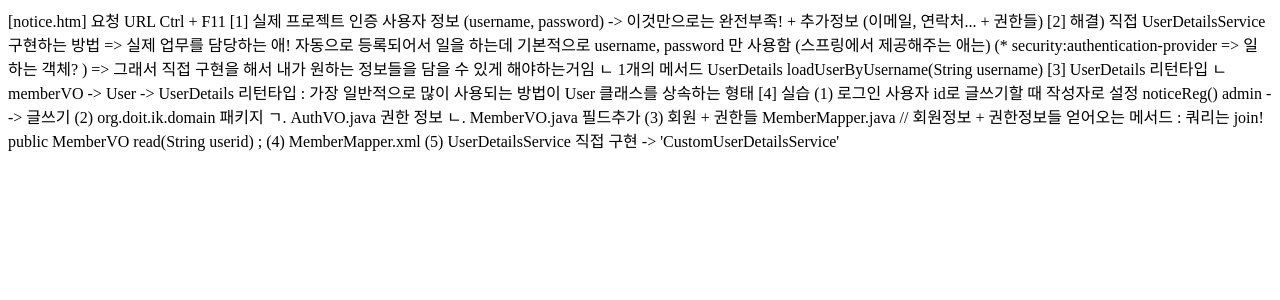
Repository: Vida0822/-
Page: SL11_SECURITY3_USERDETAILSSERVICE/src/main/webapp/customer/notice.htm
An editor plug-in stored every save of this project. The page is shown before and after the next save, followed by the edit.
The browser window is 1280 px wide. The pictures show the whole page.

Above is the page before, as saved 2023-07-05 02:50:40.

### SL11_SECURITY3_USERDETAILSSERVICE/src/main/webapp/customer/notice.htm
[notice.htm] 요청 URL
Ctrl + F11

[1] 실제 프로젝트
	인증 사용자 정보 (username, password) -> 이것만으로는 완전부족!
	+ 추가정보 (이메일, 연락처... + 권한들)

[2] 해결) 직접 UserDetailsService 구현하는 방법
=> 실제 업무를 담당하는 애! 자동으로 등록되어서 일을 하는데 기본적으로 username, password 만 사용함 (스프링에서 제공해주는 애는)
	(* security:authentication-provider  => 일하는 객체? )
=> 그래서 직접 구현을 해서 내가 원하는 정보들을 담을 수 있게 해야하는거임

	ㄴ 1개의 메서드
		UserDetails loadUserByUsername(String username)

[3] UserDetails 리턴타입
	ㄴ  memberVO -> User -> UserDetails 리턴타입
	: 가장 일반적으로 많이 사용되는 방법이 User 클래스를 상속하는 형태

[4] 실습
	(1)  로그인 사용자 id로 글쓰기할 때 작성자로 설정
	noticeReg()		admin --> 글쓰기

	(2) org.doit.ik.domain 패키지
		ㄱ. AuthVO.java 권한 정보
		ㄴ. MemberVO.java 필드추가

	(3) 회원 + 권한들 MemberMapper.java
	 // 회원정보 + 권한정보들 얻어오는 메서드 : 쿼리는 join!
   public MemberVO read(String userid) ;

   (4) MemberMapper.xml

   (5) UserDetailsService 직접 구현 -> 'CustomUserDetailsService'

After the next save:
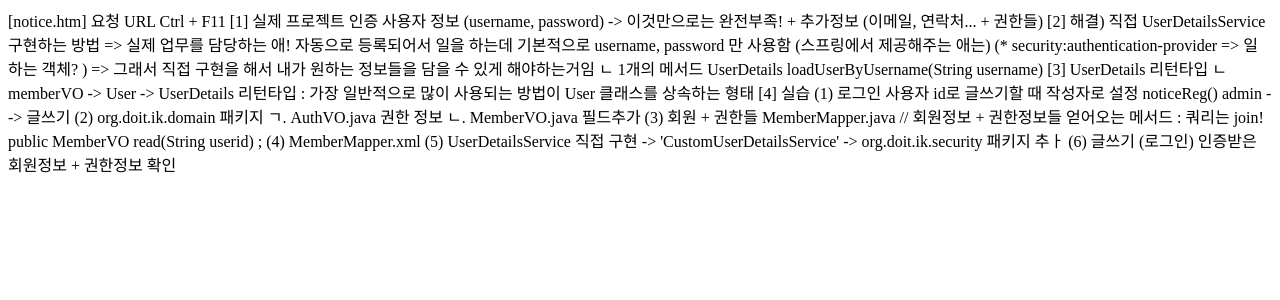
Saved 57 s later.
--- a/SL11_SECURITY3_USERDETAILSSERVICE/src/main/webapp/customer/notice.htm
+++ b/SL11_SECURITY3_USERDETAILSSERVICE/src/main/webapp/customer/notice.htm
@@ -32,3 +32,6 @@ Ctrl + F11
    (4) MemberMapper.xml
 
    (5) UserDetailsService 직접 구현 -> 'CustomUserDetailsService'
+   	-> org.doit.ik.security 패키지 추ㅏ
+
+   (6) 글쓰기 (로그인) 인증받은 회원정보 + 권한정보 확인
